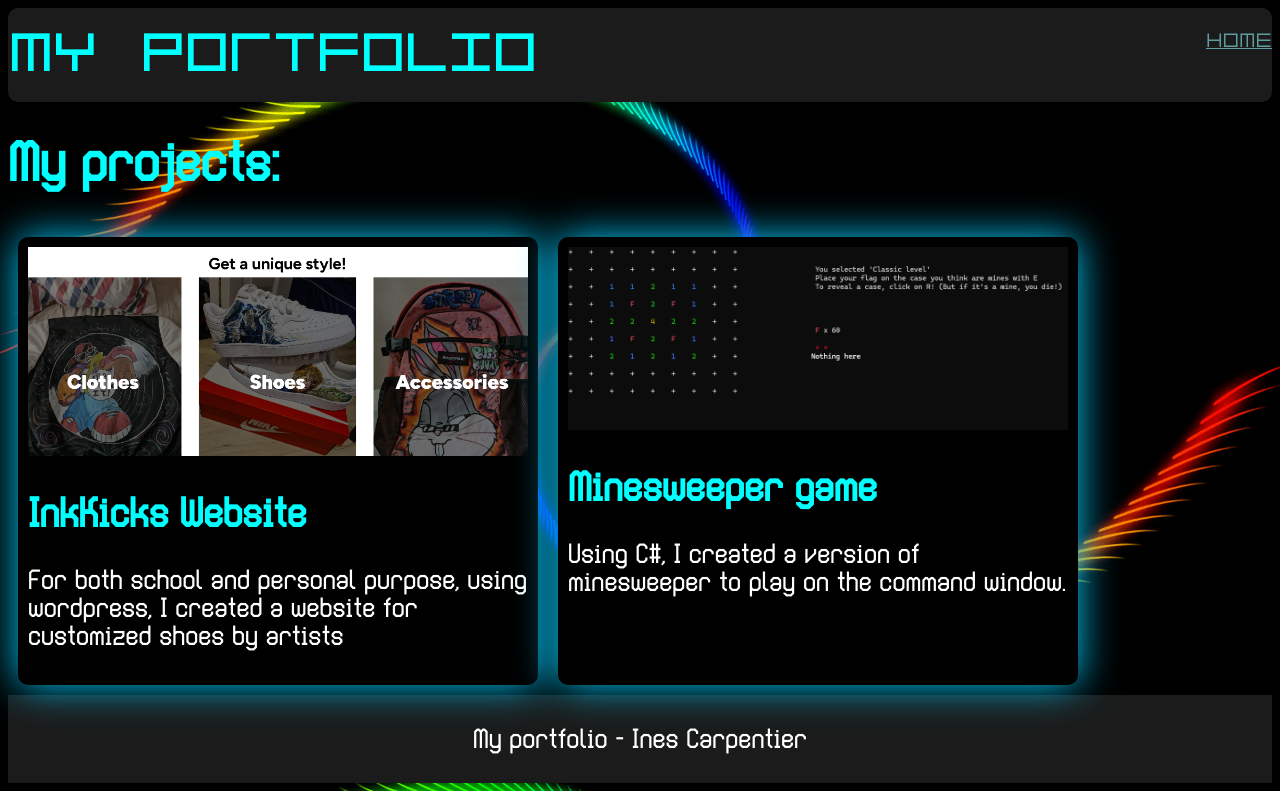
Repository: InsCarp/InsCarp
Page: project.html
An editor plug-in stored every save of this project. The page is shown before and after the next save, followed by the edit.
The browser window is 1280 px wide. The pictures show the whole page.
The pointer rests on the first visible `article`.
Backgrounds fixed to the window are drawn as part of the page.

Above is the page before, as saved 2026-05-12 11:02:36.

After the next save:
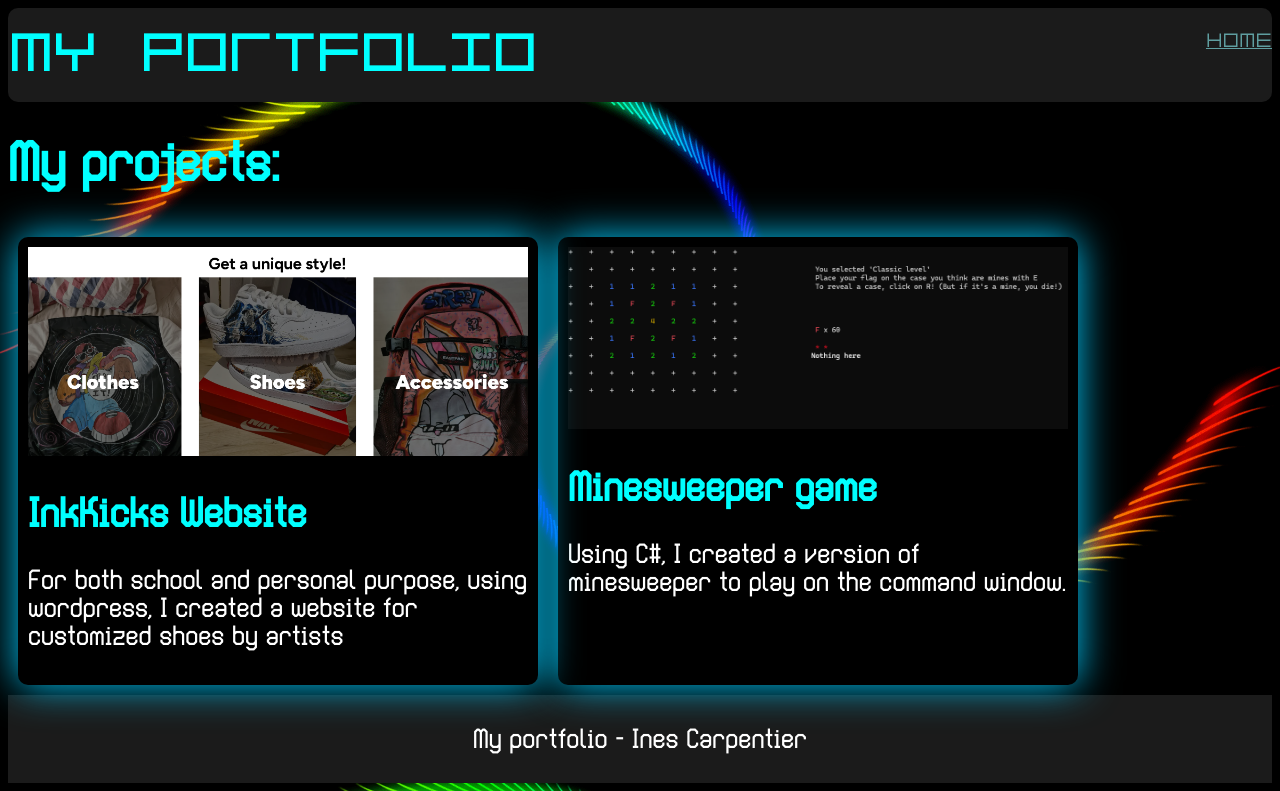
Saved 22 s later.
--- a/styles/project.css
+++ b/styles/project.css
@@ -52,8 +52,12 @@ article {
 }
 article {
     width: 20rem;
+
+
+
+}
+article:hover{
     animation: grow 2s infinite;
-
 
 
 }
